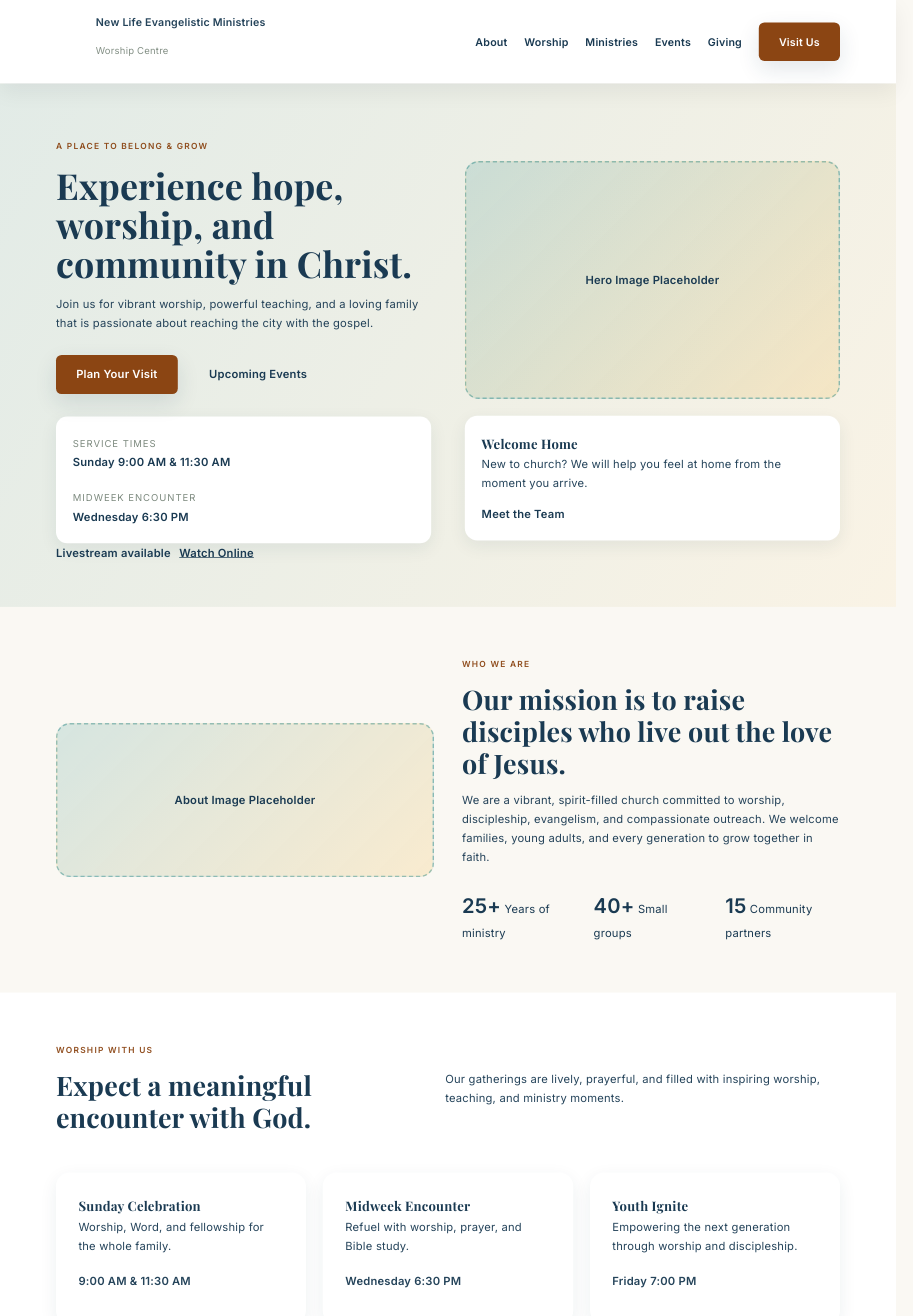
Repository: bilaal441/church
Page: index.htm
An editor plug-in stored every save of this project. The page is shown before and after the next save, followed by the edit.
The browser window is 1280 px wide. The page is 1304 px wide, so the pictures cover 1304 px, including what lies to the right of the window. The pictures show the part of the page from y = 0 to 1880 px (the page is 5610 px tall before and 5618 px after), at 70% of full size.

Above is the page before, as saved 2026-01-19 22:09:35.

After the next save:
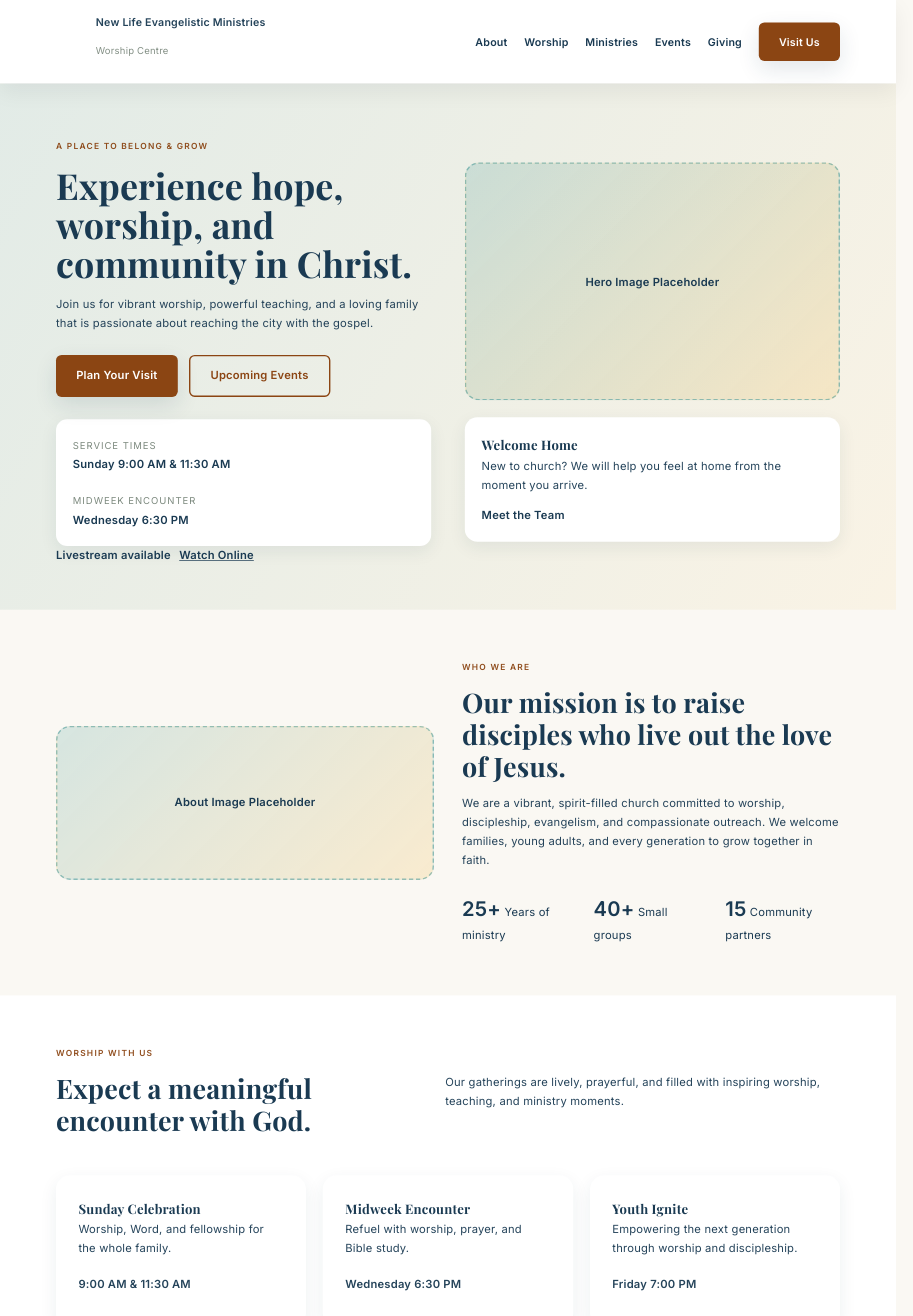
Saved 4 s later.
--- a/style.css
+++ b/style.css
@@ -114,8 +114,8 @@
 
 .button-outline {
   background: transparent;
-  color: var(--teal);
-  border: 1px solid var(--teal);
+  color: var(--burgundy);
+  border: 2px solid var(--burgundy);
   box-shadow: none;
 }
 
